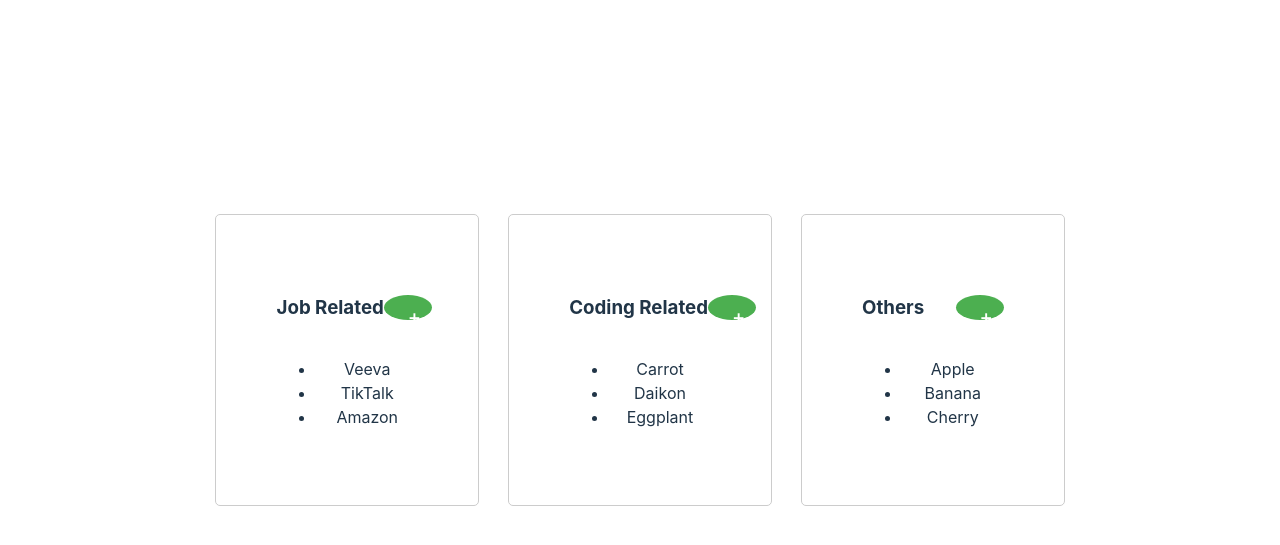
Repository: UofS-Jinhua/MyWebApp
Page: /
These files come from the project's save history. The page is drawn as it stood at one moment and after the next save; the edit follows.
The browser window is 1280 px wide. The pictures show the whole page.
The project was rebuilt for these pictures with package versions that can differ from the ones it lists, and the page was loaded fresh each time. Also part of the build but not shown: vite.config.js.

Above is the page before, as saved 2024-10-23 13:05:36.

### src/App.jsx
// import { useState } from "react";
import "./App.css";
import Category from "./components/Category";

function App() {
  return (
    <div className="categories-container">
      <Category
        c_name="Job Related"
        contents={["Veeva", "TikTalk", "Amazon"]}
      />
      <Category
        c_name="Coding Related"
        contents={["Carrot", "Daikon", "Eggplant"]}
      />

      <Category c_name="Others" contents={["Apple", "Banana", "Cherry"]} />
    </div>
  );
}

export default App;

### src/App.css
#root {
  max-width: 1280px;
  margin: 0 auto;
  padding: 2rem;
  text-align: center;
}

.categories-container {
  display: flex;
  justify-content: space-around;
}

.category {
  margin: 10px;
  padding: 60px;
  border: 1px solid #ccc;
  border-radius: 5px;
  width: 30%;
  box-sizing: border-box;
}

.category-header {
  display: flex;
  justify-content: space-between;
  align-items: center;
  white-space: nowrap; /* 防止换行 */
}

.add-button {
  background-color: #4caf50;
  color: white;
  border: none;
  border-radius: 50%;
  width: 25px;
  height: 25px;
  font-size: 20px;
  line-height: 20px;
  text-align: center;
  cursor: pointer;
}

.add-button:hover {
  background-color: #45a049;
}

### src/components/Category.jsx
import { useState } from "react";

export default function Category({ c_name, contents }) {
  const [cur_contents, set_cur_contents] = useState(contents);

  function addContent() {
    const new_content = prompt("Enter new content:");
    set_cur_contents([...cur_contents, new_content]);
  }

  return (
    <div className="category">
      <div className="category-header">
        <h3>{c_name}</h3>
        <button className="add-button" onClick={addContent}>
          +
        </button>
      </div>
      <ul>
        {cur_contents.map((content, index) => (
          <li key={index}>{content}</li>
        ))}
      </ul>
    </div>
  );
}

Loaded but not shown: index.html (common file); src/main.jsx (common file); src/index.css (common file)

After the next save:
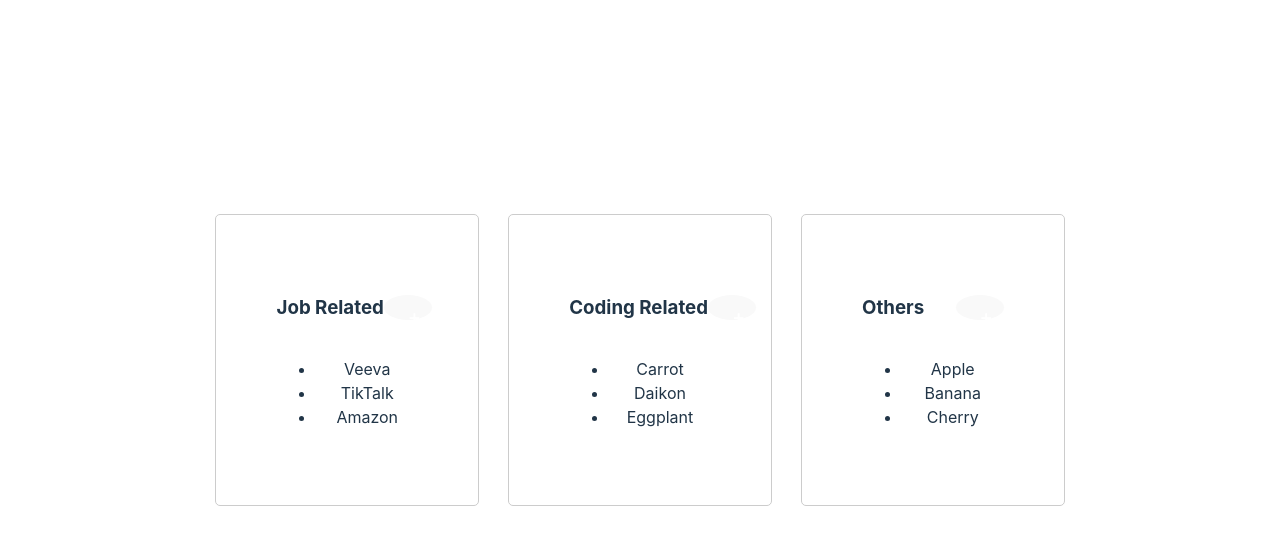
Saved 11 s later.
--- a/src/App.css
+++ b/src/App.css
@@ -27,7 +27,7 @@
 }
 
 .add-button {
-  background-color: #4caf50;
+  /* background-color: #4caf50; */
   color: white;
   border: none;
   border-radius: 50%;
